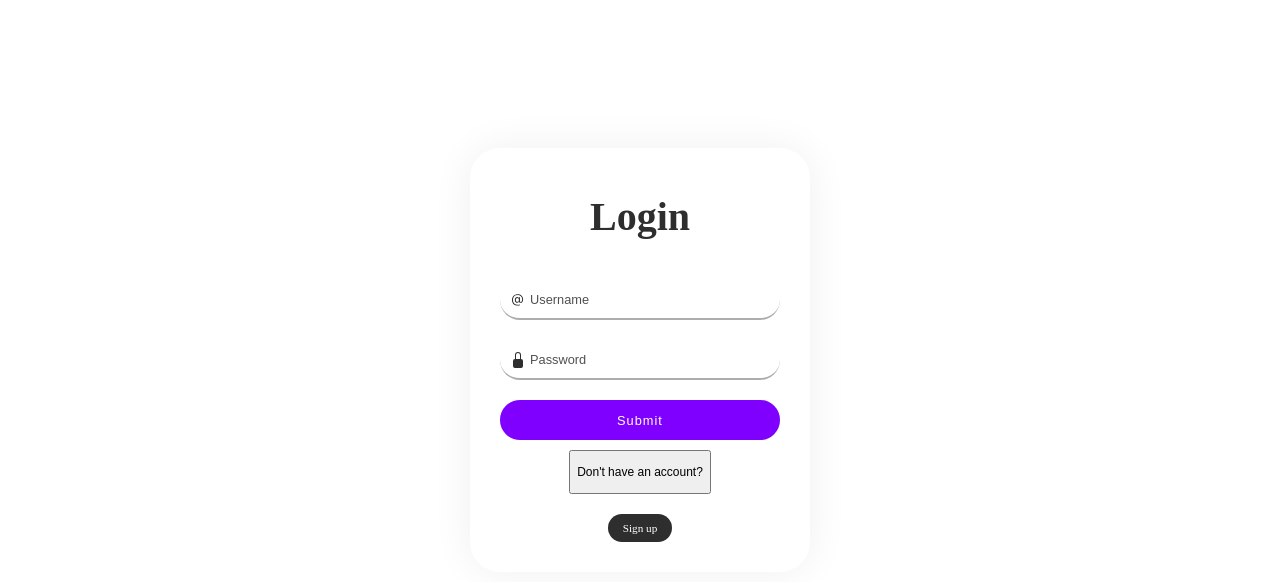
Repository: sharmisthak16/Student-Assignment
Page: / (app in my-project/)
An editor plug-in stored every save of this project. The page is shown before and after a run of saves, followed by the edit.
The browser window is 1280 px wide. The pictures show the whole page.
The project was rebuilt for these pictures with package versions that can differ from the ones it lists, and the page was loaded fresh each time. Also part of the build but not shown: my-project/vite.config.js, my-project/src/index.css, my-project/src/components/Dashboard.jsx.

Above is the page before, as saved 2025-01-30 12:04:54.

After the next 2 saves:
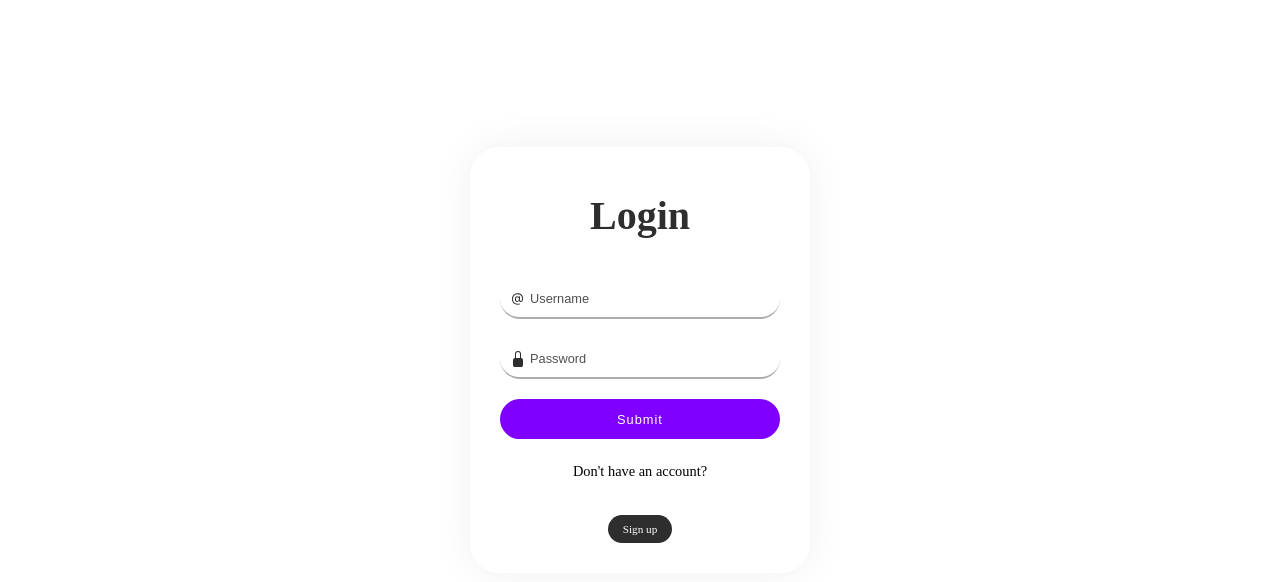
The 2 saves are shown as one change because they came seconds apart.
The last was saved 12 s later.
--- a/my-project/src/components/LoginForm.jsx
+++ b/my-project/src/components/LoginForm.jsx
@@ -84,7 +84,7 @@ const LoginForm = () => {
         Submit
       </button>
       <div className="signupContainer">
-        <button><p>Don't have an account?</p></button>
+        <p>Don't have an account?</p>
         <a href="#">Sign up</a>
       </div>
     </form>
